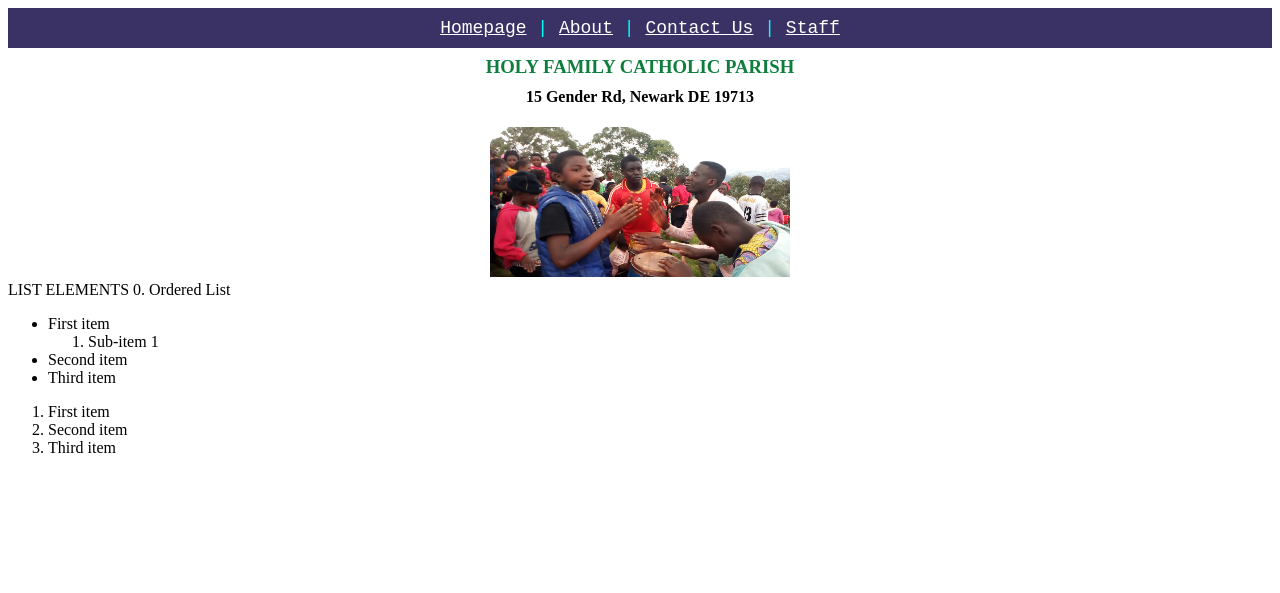
Repository: ficotims/HTML-RESTART
Page: Homepage.html
The author's editor kept a copy of each file at every save. The page is drawn from the files as they stood at one save, then again after the next save.
The browser window is 1280 px wide. The pictures show the whole page.

Above is the page before, as saved 2026-02-10 17:48:56.

### Homepage.html
<!doctype html>
<html lang="en">
  <head>
    <meta charset="UTF-8" />
    <meta name="viewport" content="width=device-width, initial-scale=1.0" />
    <title>HTML Crash course with Iman Musa</title>
    <link rel="stylesheet" href="Style 1.css"/>
  </head>
  <body>

    <!-- NAVIGATION SECTION -->
        <div style="background-color: rgb(58, 49, 100); padding: 10px; text-align: center; color: aqua; font-size: 18px; font-family: monospace, Lemon milk;">
    <a href="Homepage.html" target="_top" style="color: white;">Homepage</a> |
    <a href="about.html" style="color: white;">About</a> | <a href="Contact us.html" style="color: white;">Contact Us</a> |
    <a href="staff.html" style="color: white;">Staff</a>
     </div>

 <div style="text-align: center;">
    <h3><span style="color: rgb(14, 126, 61);"><div style="line-height: 0;">HOLY FAMILY CATHOLIC PARISH</b></span></h3>
    <H4>15 Gender Rd, Newark DE 19713</H4>
    <img
        src="images/Acension.jpg"
        alt="Catholic Church Logo"
        width="300"
        height="150"
      />
      </div>

      <div class="container">
        <div class="profile-box">

        </div>
      </div>

    <!-- this is LIST -->
<hi2>LIST ELEMENTS</h2>

    0. Ordered List

    <ul>
      <li>First item</li>
      <ol><li>Sub-item 1</li></ol>
      <li>Second item</li>
      <li>Third item</li>
    </ul>

    <ol>
      <li>First item</li>
      <li>Second item</li>
      <li>Third item</li>
    </ol>
  </body>
</html>

### Style 1.css
.body1 {
    color: rgb(255, 249, 249);
    background-color: rgb(92, 113, 206);
    border-radius: 50px;
    font-size: 25px;
}

.flyout {
    border: none;
    background-color: lightgreen;
    color: rgb(0, 0, 0);
    padding: 20px;
    margin: 15px;
    height: 250px;
    width: 200px;
}

{
    margin: 0px;
    padding: px;
    box-sizing: border-box;
    font-family: Arial, Helvetica, sans-serif;
}

.container {
    display: flex;
    flex-direction: row;
    justify-content: space-around;
}

After the next save:
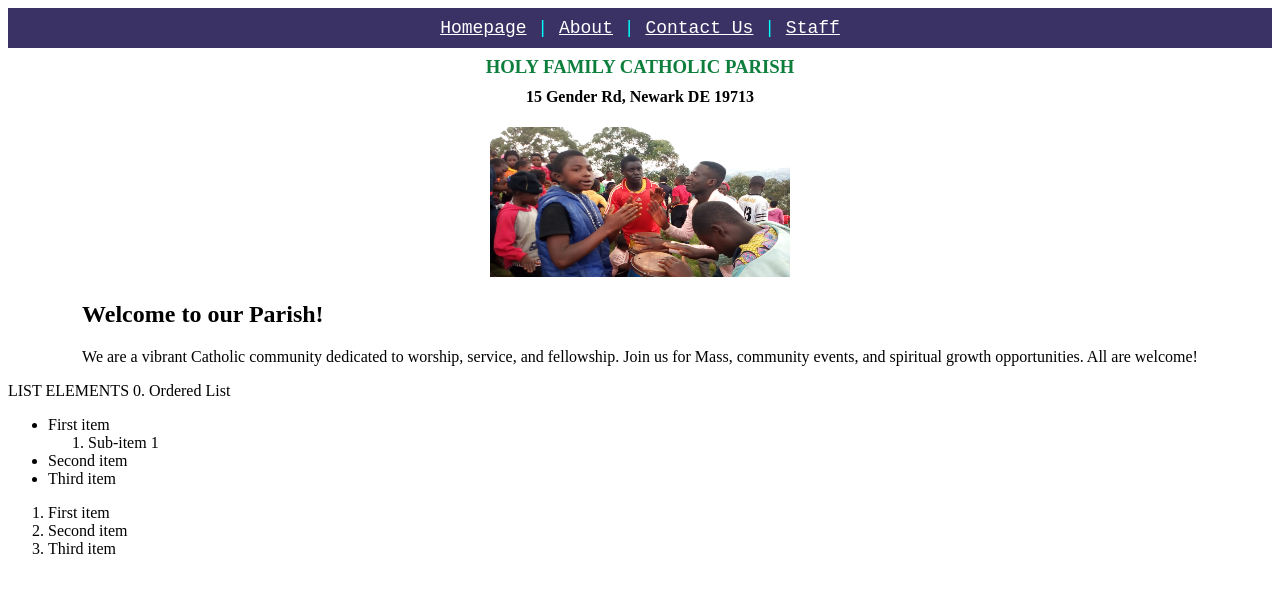
Saved 15 s later.
--- a/Homepage.html
+++ b/Homepage.html
@@ -28,7 +28,10 @@
 
       <div class="container">
         <div class="profile-box">
-
+          <h2>Welcome to our Parish!</h2>
+          <p>
+            We are a vibrant Catholic community dedicated to worship, service, and fellowship. Join us for Mass, community events, and spiritual growth opportunities. All are welcome!
+          </p>
         </div>
       </div>
 
